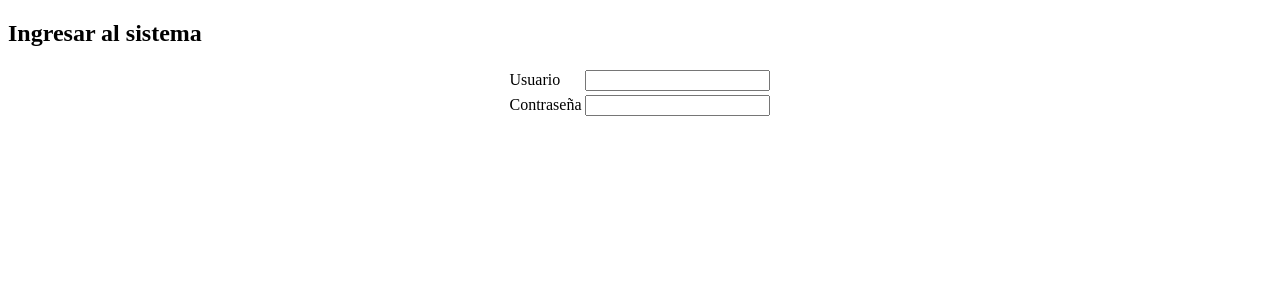
Repository: NayshaOCruz98/CL2ORTIZ
Page: http://localhost/LPII_CL2_ORTIZCRUZNAYSHA/
These files come from the project's save history. The page is drawn as it stood at one moment and after the next save; the edit follows.
The browser window is 1280 px wide. The pictures show the whole page.
The page is served by Tomcat 9. Other server files are loaded and not shown.

Above is the page before, as saved 2023-10-24 18:58:43.

### LPII_CL2_ORTIZCRUZNAYSHA/src/main/webapp/index.jsp


<!DOCTYPE html>
<html>
<head>
<meta http-equiv="Content-Type" content="text/html; charset=ISO-8859-1">
<title>Ventana Usuario</title>
</head>
<body>
<h2>Ingresar al sistema</h2>

<form action="ControladorServlet" method="post">

<table align="center">
<tr>
<td>Usuario</td>
<td><input type="text" name="usuario"></td>
</tr>
<tr>
<td>Contraseña</td>
<td><input type="text" name="usuario"></td>
</tr>

</table>
</form>



</form>
</body>
</html>

After the next save:
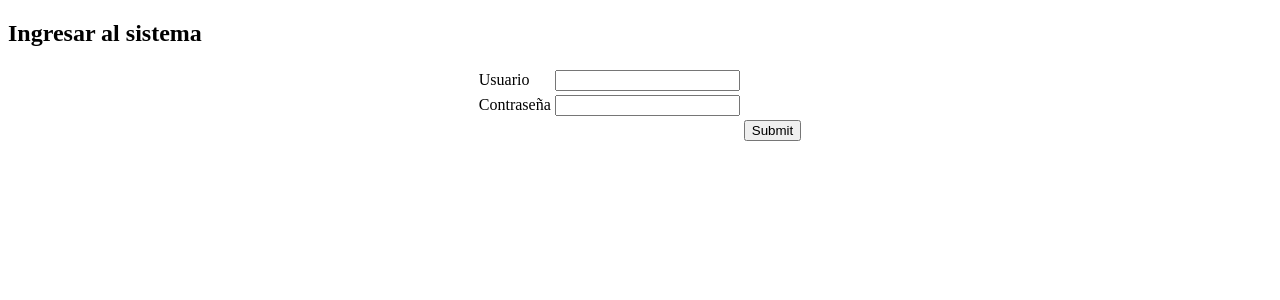
Saved 27 s later.
--- a/LPII_CL2_ORTIZCRUZNAYSHA/src/main/webapp/index.jsp
+++ b/LPII_CL2_ORTIZCRUZNAYSHA/src/main/webapp/index.jsp
@@ -20,6 +20,10 @@
 <td>Contraseña</td>
 <td><input type="text" name="usuario"></td>
 </tr>
+<tr>
+<td colspan="2"></td>
+<td><input type="submit" name="Registrar"></td>
+</tr>
 
 </table>
 </form>
